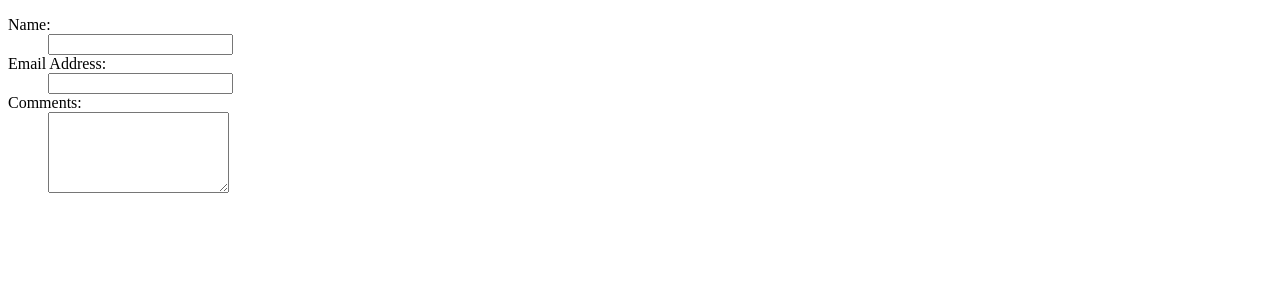
Repository: NetGary0430/htdocs
Page: http://localhost/action.php
The author's editor kept a copy of each file at every save. The page is drawn from the files as they stood at one save, then again after the next save.
The browser window is 1280 px wide. The pictures show the whole page.
The page is run by PHP 8.4 with error messages shown; the project is at /var/www/html/.

Above is the page before, as saved 2025-03-09 16:52:07.

After the next save:
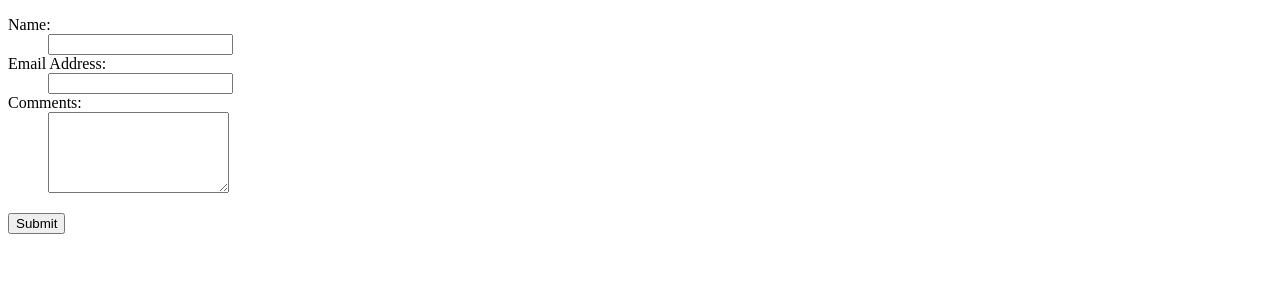
Saved 7 s later.
--- a/action.php
+++ b/action.php
@@ -16,7 +16,7 @@
         <dd><textarea rows = "5" cols = "20" name = "comment">
         </textarea>
         </dl>
-        <p><input</p>
+        <p><input type = "submit"</p>
     </form>
 </body>
 </html>
